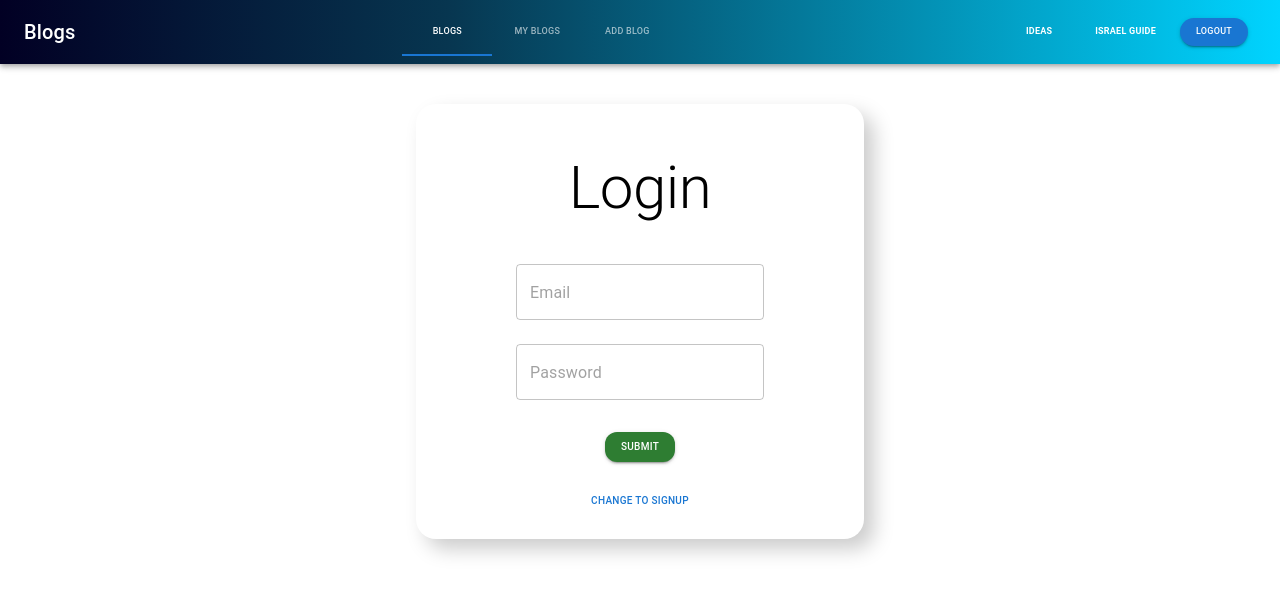
Repository: LolaSL/myBlogs
Page: /auth (app in frontend/)
The author's editor kept a copy of each file at every save. The page is drawn from the files as they stood at one save, then again after a run of saves.
The browser window is 1280 px wide. The pictures show the whole page.
The project was rebuilt for these pictures with package versions that can differ from the ones it lists, and the page was loaded fresh each time. Also part of the build but not shown: frontend/src/components/Blog.jsx, frontend/src/components/Blogs.jsx, frontend/src/components/UserBlog.jsx, frontend/src/components/BlogDetails.jsx, frontend/src/components/AddBlog.jsx, frontend/src/pages/HotelTips.jsx, frontend/src/pages/TouristTips.jsx, frontend/src/pages/Journey.jsx and 7 more. Imported but missing from the stored project, and not drawn on this page: frontend/src/components/videos/video.webm.

Above is the page before, as saved 2024-04-14 12:54:27.

### frontend/public/index.html
<!DOCTYPE html>
<html lang="en">
  <head>
    <meta charset="utf-8" />
    <link rel="icon" href="%PUBLIC_URL%/favicon.ico" />
    <meta name="viewport" content="width=device-width, initial-scale=1" />
    <meta name="theme-color" content="#000000" />
    <meta
      name="description"
      content="Web site created using create-react-app"
    />
    <link rel="apple-touch-icon" href="%PUBLIC_URL%/logo192.png" />
    <!--
      manifest.json provides metadata used when your web app is installed on a
      user's mobile device or desktop. See https://developers.google.com/web/fundamentals/web-app-manifest/
    -->
    <link rel="manifest" href="%PUBLIC_URL%/manifest.json" />
    <!--
      Notice the use of %PUBLIC_URL% in the tags above.
      It will be replaced with the URL of the `public` folder during the build.
      Only files inside the `public` folder can be referenced from the HTML.

      Unlike "/favicon.ico" or "favicon.ico", "%PUBLIC_URL%/favicon.ico" will
      work correctly both with client-side routing and a non-root public URL.
      Learn how to configure a non-root public URL by running `npm run build`.
    -->
    <link href="https://fonts.googleapis.com/css2?family=Montserrat&display=swap" rel="stylesheet">
    <title>React App</title>
  </head>
  <body>
    <noscript>You need to enable JavaScript to run this app.</noscript>
    <div id="root"></div>
    <!--
      This HTML file is a template.
      If you open it directly in the browser, you will see an empty page.

      You can add webfonts, meta tags, or analytics to this file.
      The build step will place the bundled scripts into the <body> tag.

      To begin the development, run `npm start` or `yarn start`.
      To create a production bundle, use `npm run build` or `yarn build`.
    -->
  </body>
</html>

### frontend/src/index.js
import React from 'react';
import ReactDOM from 'react-dom/client';
import './index.css';
import App from './App';
import reportWebVitals from './reportWebVitals';
import { BrowserRouter } from 'react-router-dom';
import { Provider } from 'react-redux';
import { store } from './store'
import 'react-toastify/dist/ReactToastify.css'



const root = ReactDOM.createRoot(document.getElementById('root'));
root.render(
  <React.StrictMode>
    <BrowserRouter>
      <Provider store={store}>
        <App />
      </Provider>
      </BrowserRouter>
  </React.StrictMode>
);

// If you want to start measuring performance in your app, pass a function
// to log results (for example: reportWebVitals(console.log))
// or send to an analytics endpoint. Learn more: https://bit.ly/CRA-vitals
reportWebVitals();

### frontend/src/index.css

* {
  margin: 0;
}
.pagination {
  display: flex;
  justify-content: center;
  list-style: none;
  padding: 0;
  margin: 10px;
}

.page-item {
  margin: 0 5px;
}

.page-link {
  display: inline-block;
  padding: 5px 10px;
  background-color: #007bff;
  color: #fff;
  border: 1px solid #007bff;
  border-radius: 5px;
  text-decoration: none;
  cursor: pointer;
}

.page-link:hover {
  background-color: #0056b3;
  color: #fff;
}

### frontend/src/App.js
import React, { useEffect } from 'react';
import Header from './components/Header';
import { Route, Routes } from 'react-router-dom';
import Auth from './components/Auth.jsx';
import Blogs from './components/Blogs.jsx';
import UserBlogs from './components/UserBlog.jsx';
import BlogDetails from './components/BlogDetails.jsx';
import AddBlog from './components/AddBlog.jsx';
import { useDispatch, useSelector } from 'react-redux';
import { authActions } from './store';
import HotelTips from './pages/HotelTips.jsx';
import TouristTips from './pages/TouristTips.jsx';
import Journey from './pages/Journey.jsx';
import CompliteGuide from './pages/CompliteGuide.jsx';
import BestTimeToVisit from './pages/BestTime.jsx';
import WheatherAndClimate from './pages/WeatherAndClimate.jsx';
import ReasonToVisitIsrael from './pages/ReasonTovisitIstael.jsx';
import Airport from './pages/Airport.jsx'
import FashionStyle from './pages/FashionStyle.jsx';
import { ToastContainer } from 'react-toastify';
import HealthRecipes from './pages/HealthRecipes.jsx'



function App() {
  const dispatch = useDispatch();
  const isLoggedIn = useSelector(state => state.isLoggedIn);
  console.log(isLoggedIn)
  useEffect(() => {

    if (localStorage.getItem("userId"))
      dispatch(authActions.login())
  }, [dispatch])

  return (
    <React.Fragment>
      <header>
        <Header />
      </header>
      <main>
        <Routes>
          <Route path="/health-dinner-recipes" element={<HealthRecipes />} />
          <Route path="/fashion-style" element={<FashionStyle />} />
          <Route path="/airport" element={<Airport />} />
          <Route path="/reasons-to-visit-israel" element={<ReasonToVisitIsrael />} />
          <Route path="/wheather-and-climate" element={<WheatherAndClimate />} />
          <Route path="/best-time-to-visit" element={<BestTimeToVisit />} />
          <Route path="/slide" element={<CompliteGuide />} />
          <Route path="/journey" element={<Journey />} />
          <Route path="/tips" element={<TouristTips />} />
          <Route path="/hotel-tips" element={<HotelTips />} />
          {!isLoggedIn ? <Route path="/auth" element={<Auth />} /> :
            <>
              <Route path="/blogs" element={<Blogs />} />
              <Route path="/blogs/add" element={<AddBlog />} />
              <Route path="/myBlogs" element={<UserBlogs />} />
              <Route path="/myBlogs/:id" element={<BlogDetails />} />
            </>
          }

        </Routes>
        <ToastContainer position="bottom-center" limit={1} autoClose={3000} />
      </main>

    </React.Fragment>
  );
}

export default App;

### frontend/src/store/index.js
import { configureStore, createSlice } from '@reduxjs/toolkit';

const authSlice = createSlice({
    name: 'auth',
    initialState: { isLoggedIn: false },
    reducers: {
        login(state) {
            state.isLoggedIn = true;
        },
        logout(state) {
            localStorage.removeItem("userId")
            state.isLoggedIn = false;
        }
    }
});
export const authActions = authSlice.actions
export const store = configureStore({
    reducer: authSlice.reducer
})

### frontend/src/components/Header.jsx
import React, { useState } from "react";
import {
  AppBar,
  Toolbar,
  Typography,
  Box,
  Button,
  Tabs,
  Tab,
  useMediaQuery,
  useTheme,
  Drawer,
  List,
  ListItem,
  ListItemText,
} from "@mui/material";
import { Link } from "react-router-dom";
import { useSelector, useDispatch } from "react-redux";
import { authActions } from "../store";
import useStyles from "./utils";
import Guide from "./Guide";
import Ideas from "./Ideas";
import { toast } from "react-toastify";
import "react-toastify/dist/ReactToastify.css";

const Header = () => {
  const classes = useStyles();
  const dispatch = useDispatch();
  const isLoggedIn = useSelector((state) => state.isLoggedIn);
  const [value, setValue] = useState(0);
  const [menuOpen, setMenuOpen] = useState(false);

  const theme = useTheme();

  const isSmallScreen = useMediaQuery(theme.breakpoints.down("sm"));

  const toggleMenu = () => {
    setMenuOpen(!menuOpen);
  };

  const handleLogout = () => {
    dispatch(authActions.logout());
    toast.success("Logged out successfully!");
  };

  return (
    <AppBar
      position="sticky"
      sx={{
        background:
          "linear-gradient(90deg, rgba(2,0,36,1) 0%, rgba(7,54,80,1) 35%, rgba(0,212,255,1) 100%)",
        top: 0,
      }}
    >
      <Toolbar>
        <Typography className={classes.font} variant="h6">
          Blogs
        </Typography>
        {/* {!isLoggedIn && (
          <Box
            fontSize="9px"
            position="right"
            marginLeft={"auto"}
            marginRight={"4"}
          >
            <Button
              display="flex"
              className={classes.font}
              LinkComponent={Link}
              to="/auth"
              variant="contained"
              sx={{ margin: 1, borderRadius: 10, fontSize: "9px" }}
              color="primary"
            >
              SignIn
            </Button>
          </Box>
          <Box
              fontSize="9px"
              display="flex"
              marginLeft={"auto"}
              marginRight={"auto"}
            >
              {isSmallScreen ? (
                <>
                  <Ideas />
                  <Guide />
                  <Button
                    className={classes.font}
                    onClick={toggleMenu}
                    variant="text"
                    sx={{ margin: 1, borderRadius: 10, fontSize: "9px", color: "white" }}
                  >
                    Menu
                  </Button>
                </>
        )} */}
        {!isLoggedIn && (
          <>
            <Box
              fontSize="9px"
              display="flex"
              marginLeft={"auto"}
              marginRight={"auto"}
            >
              {isSmallScreen ? (
                <>
                  <Ideas />
                  <Guide />
                  <Button
                    className={classes.font}
                    onClick={toggleMenu}
                    variant="text"
                    sx={{ margin: 1, borderRadius: 10, fontSize: "9px", color: "white" }}
                  >
                    Menu
                  </Button>
                </>
              ) : (
                <Tabs
                  sx={{ fontSize: "9px" }}
                  textColor="inherit"
                  value={value}
                  onChange={(e, val) => setValue(val)}
                >
                  <Tab
                    sx={{ fontSize: "9px" }}
                    className={classes.font}
                    LinkComponent={Link}
                    to="/blogs"
                    label="Blogs"
                  />
                  <Tab
                    sx={{ fontSize: "9px" }}
                    className={classes.font}
                    LinkComponent={Link}
                    to="/myBlogs"
                    label="My Blogs"
                  />
                  <Tab
                    sx={{ fontSize: "9px" }}
                    className={classes.font}
                    LinkComponent={Link}
                    to="/blogs/add"
                    label="Add Blog"
                  />
                </Tabs>
              )}
            </Box>

            {isSmallScreen && (
              <Drawer anchor="right" open={menuOpen} onClose={toggleMenu}>
                <List>
                  <ListItem component={Link} to="/blogs">
                    <ListItemText primary="Blogs" />
                  </ListItem>
                  <ListItem component={Link} to="/myBlogs">
                    <ListItemText primary="My Blogs" />
                  </ListItem>
                  <ListItem component={Link} to="/blogs/add">
                    <ListItemText primary="Add Blog" />
                  </ListItem>
                  <ListItem onClick={toggleMenu}>
                    <ListItemText primary="Close" />
                  </ListItem>
                </List>
              </Drawer>
            )}

            {!isSmallScreen && (
              <>
                <Ideas /> <Guide />
              </>
            )}
            <Button
              className={classes.font}
              onClick={handleLogout}
              LinkComponent={Link}
              to="/auth"
              variant="contained"
              sx={{ margin: 1, borderRadius: 10, fontSize: "9px" }}
              color="primary"
            >
              LogOut
            </Button>
          </>
        )}
     </Toolbar>
    </AppBar>
  );
 };

export default Header;

### frontend/src/components/Auth.jsx
import React, { useState } from "react";
import { Box, Button, TextField, Typography } from "@mui/material";
import axios from "axios";
import { authActions } from '../store';
import { useDispatch } from 'react-redux';
import { useNavigate } from "react-router-dom";
import useStyles from "./utils";
import { toast } from 'react-toastify';
import { getError } from '../errors.js';


const Auth = () => {
  const classes = useStyles();
  const navigate = useNavigate();
  const dispatch = useDispatch();
  const [inputs, setInputs] = useState({
    name: "",
    email: "",
    password: "",
  });

  const [isSignUp, setIsSignUp] = useState(false);

  const handleChange = (e) => {
    setInputs((prevState) => ({
      ...prevState,
      [e.target.name]: e.target.value,
    }));
  };

  const sendRequest = async (type = "login") => {
    try {
      const res = await axios.post(`http://localhost:5050/api/user/${type}`, {
        name: inputs.name,
        email: inputs.email,
        password: inputs.password,
      });

      const data = res.data;
      if (type === 'signup') {
        toast.success('Signup successful!');
      } else {
        toast.success('Login successful!');
      }
      localStorage.setItem('userId', data.user._id);
      dispatch(authActions.login());
      navigate("/blogs");
    } catch (error) {
      toast.error(getError(error));
    }
  };

  const handleSubmit = (e) => {
    e.preventDefault();
    if (isSignUp) {
      sendRequest("signup");
    } else {
      sendRequest();
    }
  };

  return (
    <div>
      <form onSubmit={handleSubmit}>
        <Box
          maxWidth={400}
          display="flex"
          flexDirection={"column"}
          alignItems="center"
          justifyContent={"center"}
          boxShadow="10px 10px 20px #ccc"
          padding={3}
          margin="auto"
          marginTop={5}
          borderRadius={5}
        >
          <Typography className={classes.font} variant="h2" padding={3} textAlign="center">
            {isSignUp ? "Signup" : "Login"}
          </Typography>
          {isSignUp && (
            <TextField
              className={classes.font}
              name="name"
              onChange={handleChange}
              margin="normal"
              value={inputs.name}
              placeholder="Name"
            />
          )}
          <TextField
            className={classes.font}
            name="email"
            onChange={handleChange}
            margin="normal"
            value={inputs.email}
            placeholder="Email"
            type={"email"}
          />
          <TextField
            className={classes.font}
            name="password"
            onChange={handleChange}
            margin="normal"
            value={inputs.password}
            placeholder="Password"
            type={"password"}
          />
          <Button
            className={classes.font}
            type="submit"
            variant="contained"
            sx={{ borderRadius: 3, marginTop: 3, fontSize: "10px" }}
            color="success"
          >
            Submit
          </Button>
          <Button
            className={classes.font}
            sx={{ borderRadius: 3, marginTop: 3, fontSize: "10px" }}
            color="primary"
            onClick={(e) => setIsSignUp(!isSignUp)}
          >
            Change to {isSignUp ? "Login" : "Signup"}
          </Button>
        </Box>
      </form>
      {/* <ToastContainer/> */}
    </div>
  );
};

export default Auth;

### frontend/src/components/utils.js
import { styled, useTheme } from '@mui/system';

const useStyles = () => {
  const theme = useTheme();

  return styled({
    typography: {
      fontFamily: ['"Montserrat"', 'Open Sans'].join(',')
    },
    container: {
      paddingTop: theme.spacing(4),
      paddingBottom: theme.spacing(4),
    },
    heading: {
      fontSize: "2rem",
      fontWeight: "lighter",
      textAlign: "center",
      marginTop: theme.spacing(4),
      marginBottom: theme.spacing(4),
      padding: theme.spacing(2),
    },
    section: {
      marginTop: theme.spacing(4),
      marginBottom: theme.spacing(4),
      padding: theme.spacing(2),
    },
    article: {
      fontWeight: "lighter",
      textAlign: "justify",
    },
  });
};
export default useStyles;

### frontend/src/components/Guide.jsx
import React, { useState } from "react";
import useStyles from "./utils";
import { Menu, MenuItem, Button } from "@mui/material";
import { Link } from "react-router-dom";

const Guide = () => {
  const classes = useStyles();
  const [isMenuOpen, setIsMenuOpen] = useState(false);
  const [anchorEl, setAnchorEl] = useState(null);

  const toggleMenu = () => {
    setIsMenuOpen(!isMenuOpen);
    setAnchorEl(null);
  };

  const openMenu = (event) => {
    setAnchorEl(event.currentTarget);
  };

  return (
    <div>
      <Button
        color="info"
        className={classes.font}
        onClick={openMenu}
        sx={{
          color: "white",
          fontWeight: "bold",
          fontSize: "9px",
          margin: 1,
          borderRadius: 6,
          display: "flex",
          justifyContent: "flex",

        }}

      >
       Israel Guide
      </Button>
      <Menu
        anchorEl={anchorEl}
        open={Boolean(anchorEl)}
        onClose={() => setAnchorEl(null)}
        anchorOrigin={{
          vertical: "bottom",
          horizontal: "right",
        }}
        transformOrigin={{
          vertical: "top",
          horizontal: "right",
        }}
      >
        {" "}
        <MenuItem
          className={classes.font}
          onClick={toggleMenu}
          component={Link}
          to="/slide"
        >
          Top destinations
        </MenuItem>
        <MenuItem
          className={classes.font}
          onClick={toggleMenu}
          component={Link}
          to="/best-time-to-visit"
        >
          The best time to visit
        </MenuItem>
        <MenuItem
          className={classes.font}
          onClick={toggleMenu}
          component={Link}
          to="/wheather-and-climate"
        >
          Wheather & Climate
        </MenuItem>
        <MenuItem
          className={classes.font}
          onClick={toggleMenu}
          component={Link}
          to="/reasons-to-visit-israel"
        >
          Reasons to visit Israel
        </MenuItem>
        <MenuItem
          className={classes.font}
          onClick={toggleMenu}
          component={Link}
          to="/airport"
        >
          Ben Gurion Aeroport
        </MenuItem>
      </Menu>
    </div>
  );
};

export default Guide;

### frontend/src/components/Ideas.jsx
import React, { useState } from "react";
import useStyles from "./utils";
import { Menu, MenuItem, Button } from "@mui/material";
import { Link } from "react-router-dom";

const Ideas = () => {
  const classes = useStyles();
  const [isMenuOpen, setIsMenuOpen] = useState(false);
  const [anchorEl, setAnchorEl] = useState(null);

  const toggleMenu = () => {
    setIsMenuOpen(!isMenuOpen);
    setAnchorEl(null);
  };

  const openMenu = (event) => {
    setAnchorEl(event.currentTarget);
  };

  return (
    <div>
      <Button
        className={classes.font}
        onClick={openMenu}
        sx={{
          color: "white",
          fontWeight: "bold",
          fontSize: "9px",
          margin: 1,
          borderRadius: 6,
          display: "flex",
          justifyContent: "flex",
        }}
      >
        Ideas
      </Button>
      <Menu
        anchorEl={anchorEl}
        open={Boolean(anchorEl)}
        onClose={() => setAnchorEl(null)}
        anchorOrigin={{
          vertical: "bottom",
          horizontal: "right",
        }}
        transformOrigin={{
          vertical: "top",
          horizontal: "right",
        }}
      >
        <MenuItem
          className={classes.font}
          onClick={toggleMenu}
          component={Link}
          to="/journey"
        >
          Find your next trip and destination
        </MenuItem>
        <MenuItem
          className={classes.font}
          onClick={toggleMenu}
          component={Link}
          to="/tips"
        >
          The best tourist tips
        </MenuItem>
        <MenuItem
          className={classes.font}
          onClick={toggleMenu}
          component={Link}
          to="/hotel-tips"
        >
          Tips to find a hotel
        </MenuItem>
        <MenuItem
          className={classes.font}
          onClick={toggleMenu}
          component={Link}
          to="/fashion-style"
        >
          Fashion and Style
        </MenuItem>
        <MenuItem
          className={classes.font}
          onClick={toggleMenu}
          component={Link}
          to="/health-dinner-recipes"
        >
          A few recipes for healthier dinner
        </MenuItem>
      </Menu>
    </div>
  );
};

export default Ideas;

Loaded but not shown: frontend/src/reportWebVitals.js (common file); frontend/src/errors.js (common file)

After the next 2 saves:
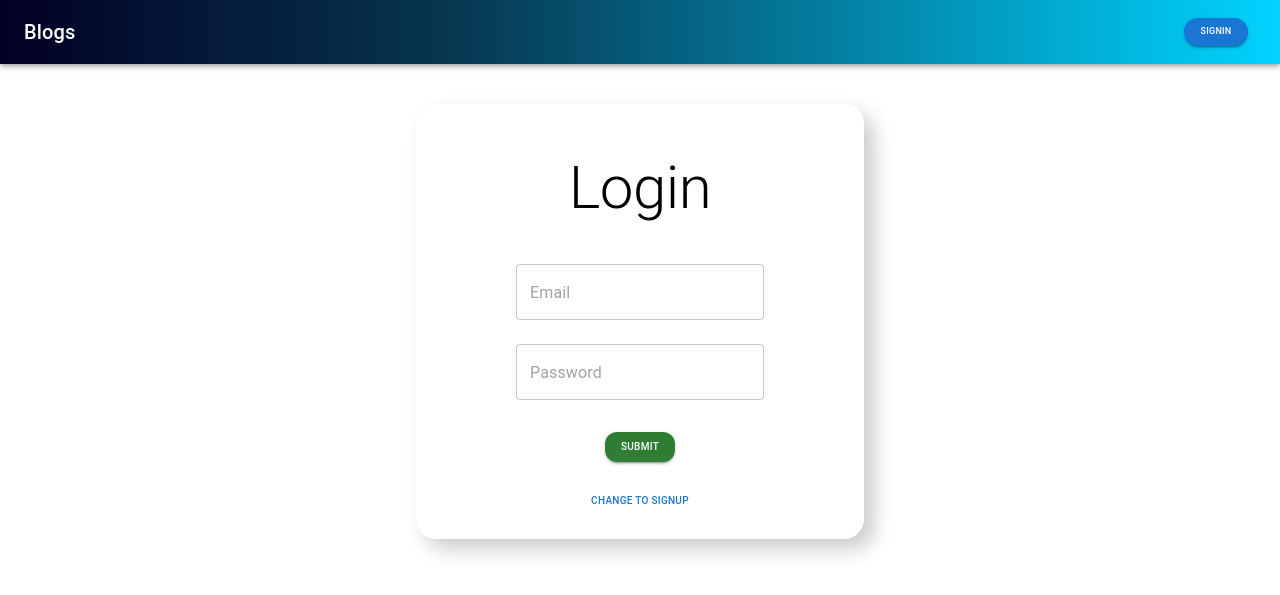
The 2 saves are shown as one change because they came seconds apart.
The last was saved 30 s later.
--- a/frontend/src/components/Header.jsx
+++ b/frontend/src/components/Header.jsx
@@ -56,7 +56,7 @@ const Header = () => {
         <Typography className={classes.font} variant="h6">
           Blogs
         </Typography>
-        {/* {!isLoggedIn && (
+        {!isLoggedIn && (
           <Box
             fontSize="9px"
             position="right"
@@ -75,27 +75,8 @@ const Header = () => {
               SignIn
             </Button>
           </Box>
-          <Box
-              fontSize="9px"
-              display="flex"
-              marginLeft={"auto"}
-              marginRight={"auto"}
-            >
-              {isSmallScreen ? (
-                <>
-                  <Ideas />
-                  <Guide />
-                  <Button
-                    className={classes.font}
-                    onClick={toggleMenu}
-                    variant="text"
-                    sx={{ margin: 1, borderRadius: 10, fontSize: "9px", color: "white" }}
-                  >
-                    Menu
-                  </Button>
-                </>
-        )} */}
-        {!isLoggedIn && (
+        )}
+        {isLoggedIn && (
           <>
             <Box
               fontSize="9px"
